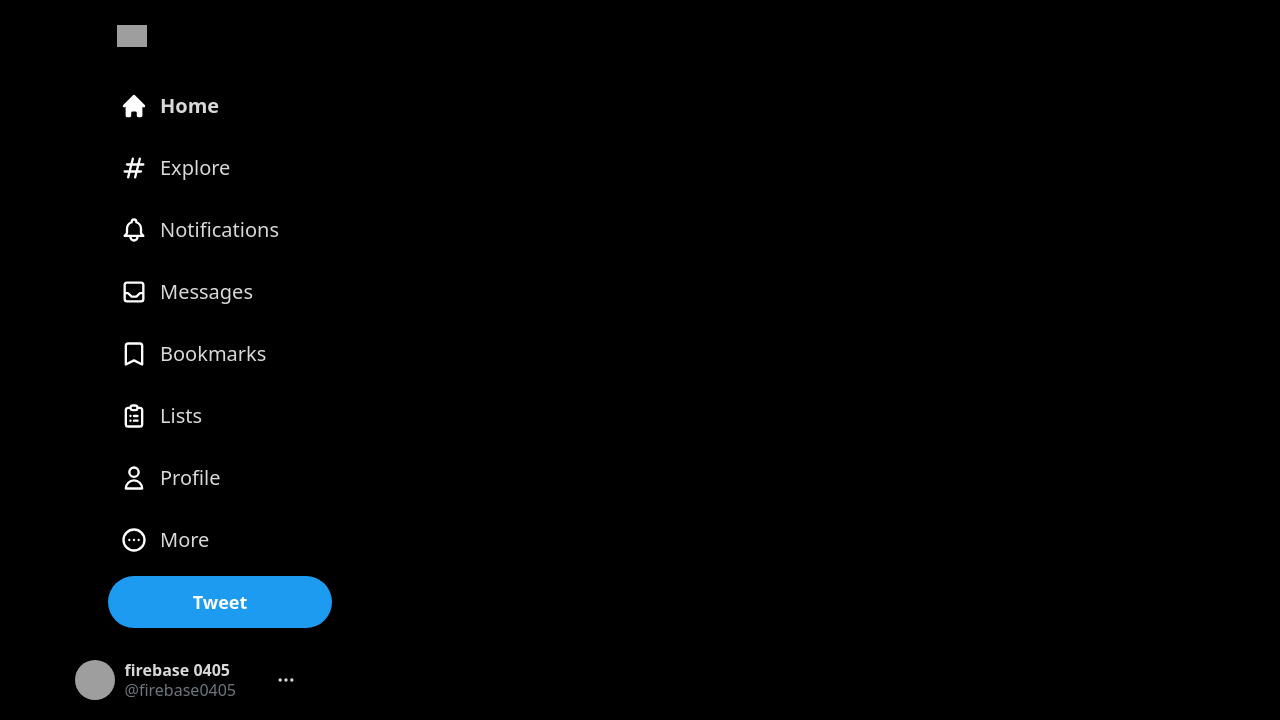
Repository: Kotilasco/kuly-twitter
Page: /
These files come from the project's save history. The page is drawn as it stood at one moment and after the next save; the edit follows.
The browser window is 1280 px wide. The pictures show the whole page.
Pictures or frames that could not be fetched are drawn as grey boxes. The project was rebuilt for these pictures with package versions that can differ from the ones it lists, and the page was loaded fresh each time. The framework's server and built-in components were replaced by stand-ins that run in the browser. Also part of the build but not shown: next.config.js.

Above is the page before, as saved 2022-06-12 02:09:30.

After the next save:
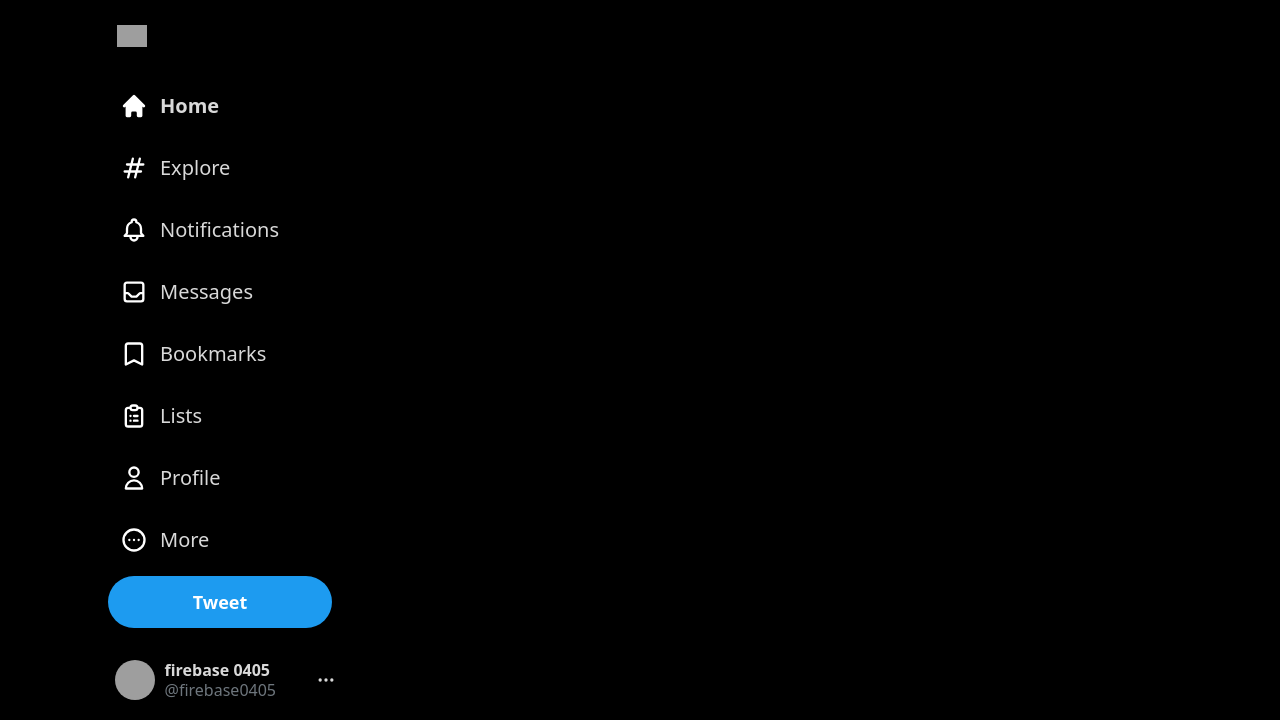
Saved 2 min 29 s later.
--- a/components/Sidebar.js
+++ b/components/Sidebar.js
@@ -38,7 +38,7 @@
         </div>
         <button className="hidden xl:inline ml-auto bg-[#1d9bf0] text-white rounded-full w-56 h-[52px] text-lg font-bold shadow-md hover:bg-[#1a8cd8]">Tweet</button>
         <div className="hoverAnimation text-[#d9d9d9] flex items-center
-         justify-center xl:ml-auto xl:mr-5 mt-auto">
+         justify-center xl:ml-auto xl:-mr-5 mt-auto">
         <img src="https://www.gstatic.com/mobilesdk/160503_mobilesdk/logo/2x/firebase_28dp.png" alt=""
         className="h-10 w-10 rounded-full xl:mr-2.5 " />
         <div className="hidden xl:inline leading-5 ">
